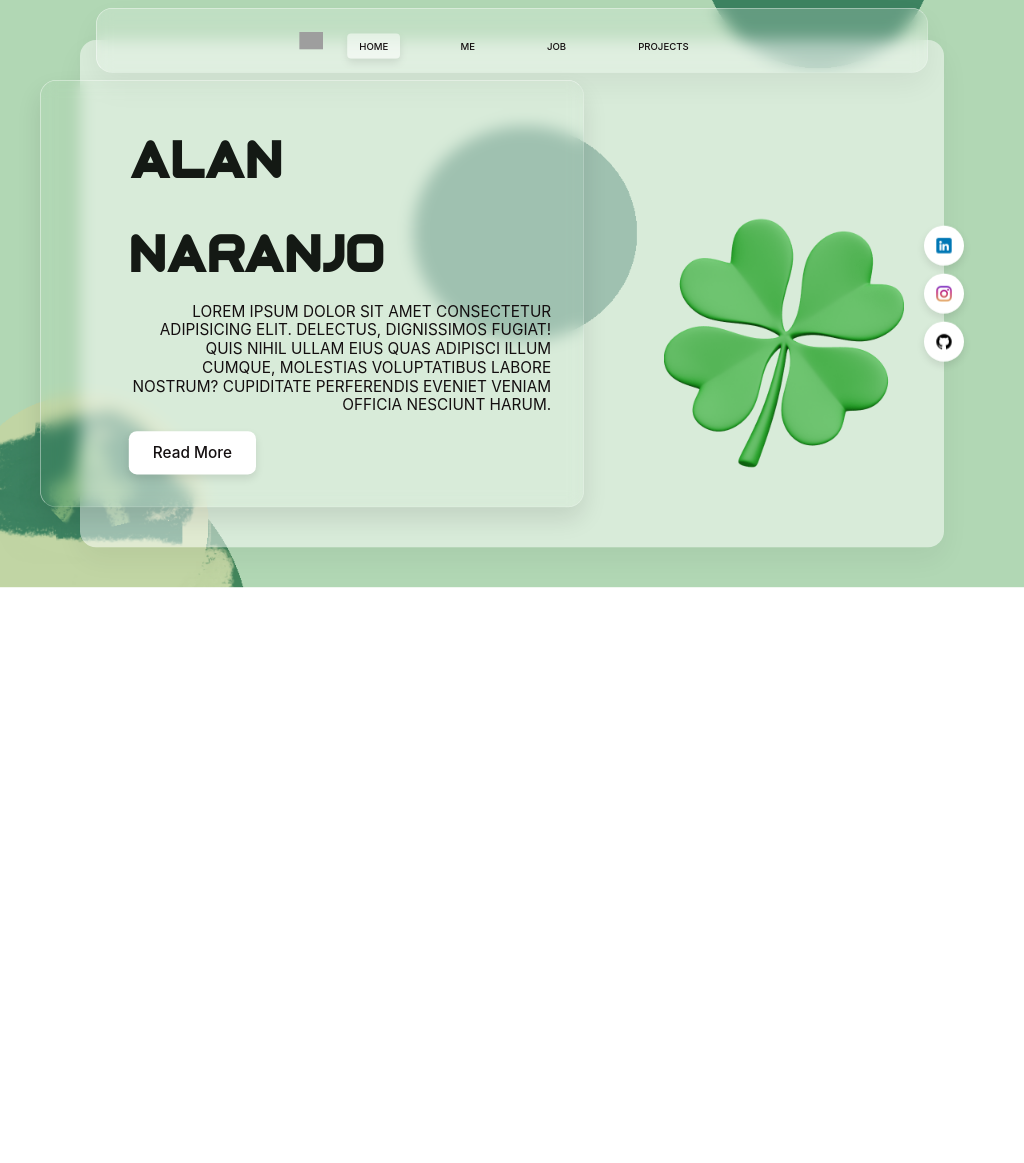
Repository: L-A-M-J-O/Me-sitio-Web
Page: / (app in my-project/)
An editor plug-in stored every save of this project. The page is shown before and after the next save, followed by the edit.
The browser window is 1280 px wide. The pictures show the whole page, at 80% of full size.
Pictures or frames that could not be fetched are drawn as grey boxes. Backgrounds fixed to the window are drawn as part of the page. The project was rebuilt for these pictures with package versions that can differ from the ones it lists, and the page was loaded fresh each time.

Above is the page before, as saved 2022-09-19 16:45:56.

After the next save:
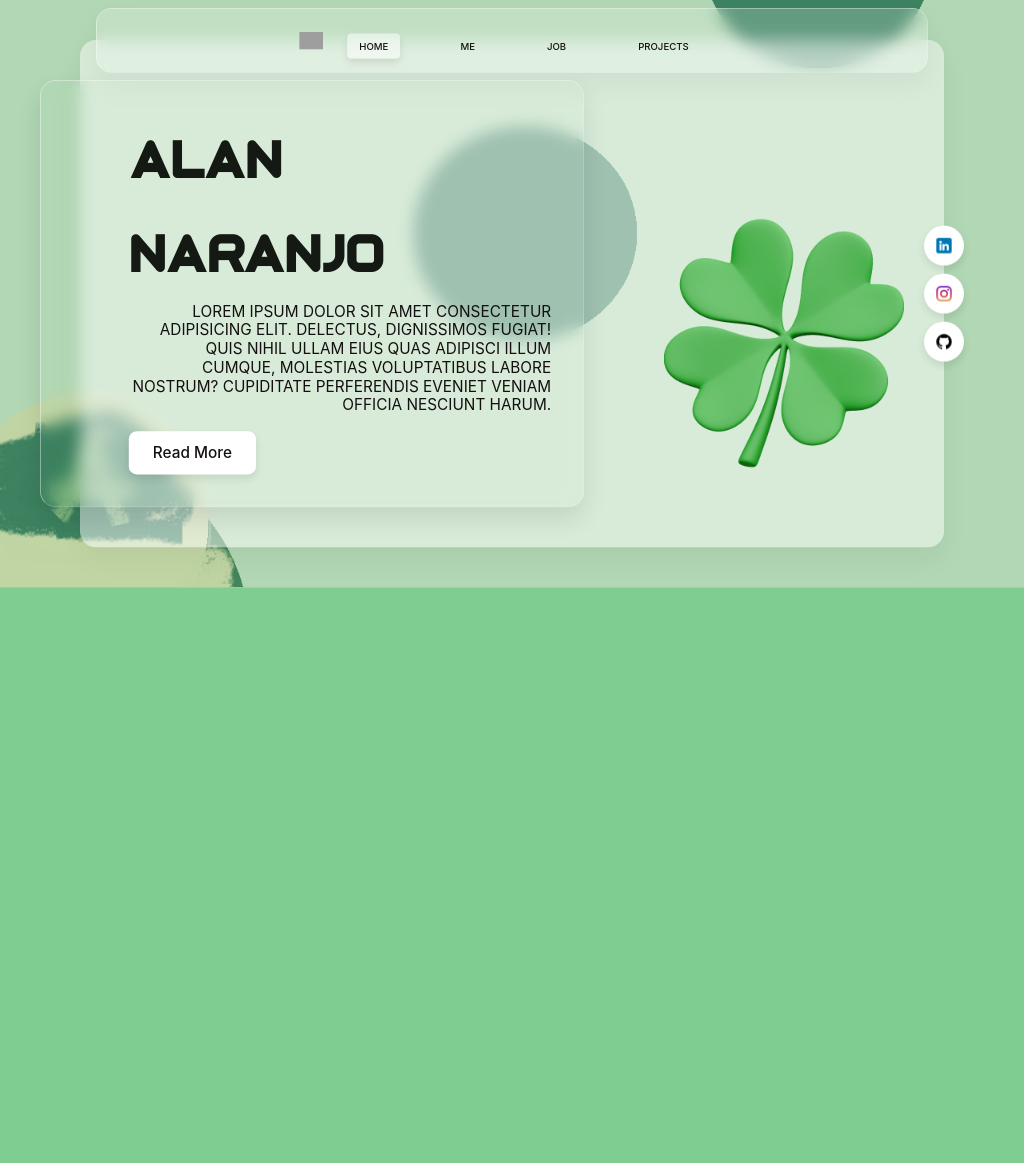
Saved 5 s later.
--- a/my-project/src/components/Me/Me.css
+++ b/my-project/src/components/Me/Me.css
@@ -3,7 +3,7 @@
     justify-content: center;
     align-items: center;
     min-height: 100vh;
-    background-color: 7FCD91;
+    background-color: #7FCD91;
     background-position: center;
     background-attachment: fixed;
     padding: 50px;
